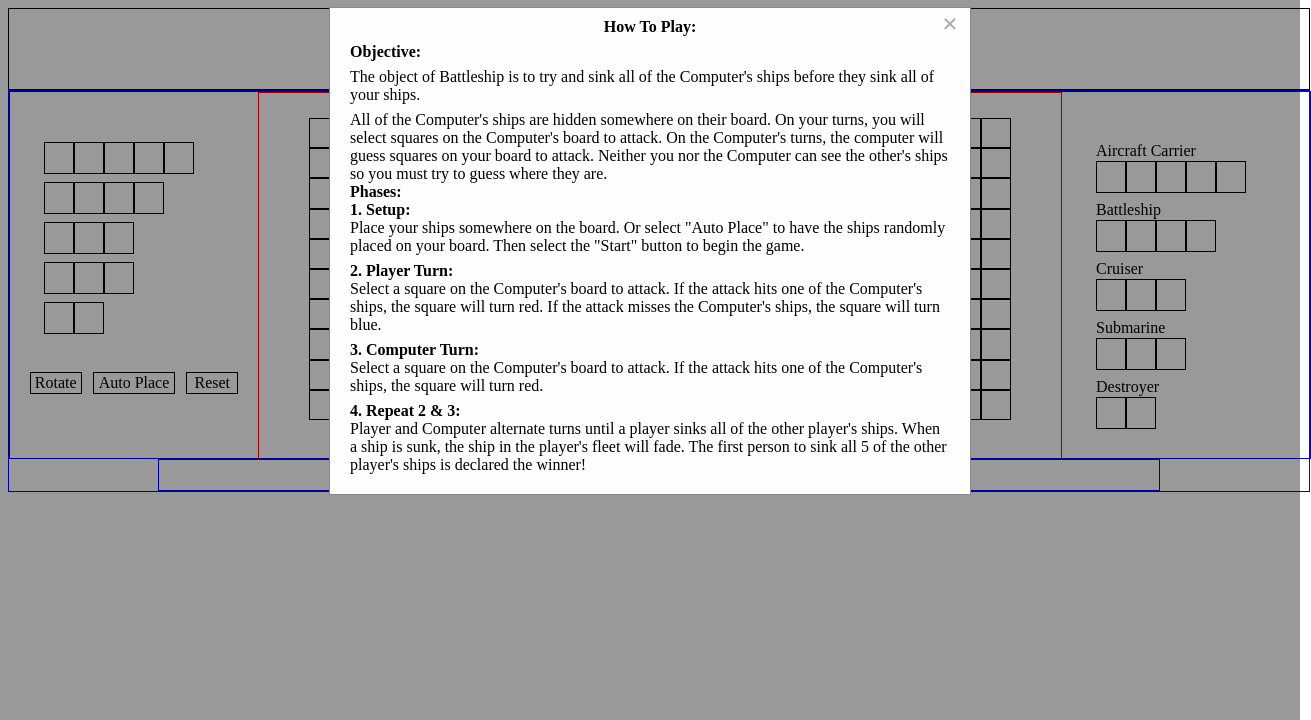
Repository: J-Haze/BattleshipApp
Page: /
An editor plug-in stored every save of this project. The page is shown before and after the next save, followed by the edit.
The browser window is 1280 px wide. The page is 1311 px wide, so the pictures cover 1311 px, including what lies to the right of the window. The pictures show the whole page.
The project was rebuilt for these pictures with package versions that can differ from the ones it lists, and the page was loaded fresh each time. Also part of the build but not shown: src/index.css, src/Components/ModalEnd.js.

Above is the page before, as saved 2020-09-26 17:48:58.

### src/App.js
import React from "react";
import "./App.css";
import Game from "./Components/Game";
import Header from "./Components/Header"
// import { ProgressPlugin } from "webpack";

//test

function App() {
  return (
    <div className="App">
      <Header />
      <Game />
    </div>
  );
}

export default App;

### src/App.css
/* test */
:root{
    --black: #1B262C;
}


header {
    border: 1px solid black;

    display: flex;
    flex-direction: column;
    justify-content: center;
    align-items: center;
    margin-left: auto;
    margin-right: auto;
    width: 1300px;
    height: 80px;

}

/* div {
    border: 1px solid black;
} */

#how-to:hover{
    cursor: pointer;
}

#game{
    width: 1300px;
    height: 400px;
    display: flex;
    flex-direction: column;
    border: 1px solid blue;
    margin-left: auto;
    margin-right: auto;
}

.column{
    width: 400px;
    height: 100%;
    border: 1px solid red;
}

.board{
    height: 300px;
    width: 300px;
    margin-left: auto;
    margin-right: auto;
    margin-top: 25px;

    display: grid;
    grid-template-columns: repeat(1, 1fr);
    grid-template-rows: repeat(10, 1fr);
    gap: 2px;
}

.row{
    display: flex;
    /* height: 30px; */
    height: 1fr;
    width: 1fr;
}

.square{
    /* height: 100%;
    width: 10%; */
    display: flex;
    height: 100%;
    width: 10%;
    border: 1px solid black;
}

.ship{
    background-color:gray;
    height: 100%;
    width: 100%;
}

.hit{
    background-color:red;
    height: 100%;
    width: 100%;
}

.miss{
    background-color:lightblue;
    height: 100%;
    width: 100%;
}

.sunk{
    background-color:black;
    height: 100%;
    width: 100%;
}

.empty{
    /* background-color: yellow; */
    height: 100%;
    width: 100%;
}

.clickable:hover{
    background-color: rgb(205, 205, 205);
    cursor: pointer;
}

#top-row{
    display: flex;
    width: 1300px;
    height: 400px;
    border: 1px solid blue;
    margin-left: auto;
    margin-right: auto;
}

#bottom-row{
    display: flex;
    width: 1000px;
    height: 30px;
    border: 1px solid blue;
    margin-left: auto;
    margin-right: auto;
}

#start-button{
    margin-left: auto;
    margin-right: auto;
}

.fleet-square{
    width: 30px;
    height: 30px;
    border: 1px solid black;
}

.ship-text{
    margin-left: 20px;
    margin-right: auto;
    margin-bottom: 1px;
    /* border: 1px solid black; */
}

.fleet-horizontal{
    height: 220px;
    width: 220px;
    margin-top: 50px;
    margin-left: auto;
    margin-right: auto;
}

.ship-harbor-horizontal{
    display: flex;
    height: 30px;
    margin-bottom: 10px;
    margin-left: 20px;
    border: none;
}

.carrier-horizontal{
    width: 150px;
}

.battleship-horizontal{
    width: 120px;
}

.cruiser-horizontal{
    width: 90px;
}

.submarine-horizontal{
    width: 90px;
}

.destroyer-horizontal{
    width: 60px;
}

.fleet-vertical{
    display: flex;
    height: 220px;
    width: 220px;
    margin-top: 50px;
    margin-left: auto;
    margin-right: auto;
}

.ship-harbor-vertical{
    display: flex;
    flex-direction: column;
    width: 30px;
    margin-left: 10px;
    margin-top: 50px;
    border: none;
}

.carrier-vertical{
    height: 150px;
}

.battleship-vertical{
    height: 120px;
}

.cruiser-vertical{
    height: 90px;
}

.submarine-vertical{
    height: 90px;
}

.destroyer-vertical{
    height: 60px;
}

.toggle{
    background-color: gray;
}

.boat-placed{
    background-color: black;
    width: 30px;
    height: 30px;
    border: 1px solid black;
}

#setup{
    margin-left: auto;
    margin-right: auto;
}

#setup-buttons{
    display: flex;
    margin-top: 10px;
}

.btn{
    height: 20px;
    display: flex;
    justify-content: center;
    align-items: center;
    margin-left: auto;
    margin-right: auto;
    border: 1px solid black;
}

.btn:hover{
    cursor: pointer;
}

#rotate{
    width: 50px;
}

#auto-place{
    width: 80px;
}

#reset{
    width: 50px;
}

#start-button{
    border: 1px solid black;
    display: flex;
    justify-content: center;
    align-items: center;
    width: 50px;
    height: 30px;
}

#start-button:hover{
    cursor: pointer;
}

#newGame{
    border: 1px solid black;
    display: flex;
    justify-content: center;
    align-items: center;
    margin-left: auto;
    margin-right: auto;
    width: 80px;
    height: 30px;
}

#newGame:hover{
    cursor: pointer;
}


/* End of Game Modal */

.modal{
    display: block;
    position: fixed;
    z-index: 1;
    left: 0;
    top: 0;
    width: 100vw;
    min-width: 1300px;
    height: 100vh;
    /* overflow: auto; */
    background-color: rgb(0,0,0);
    background-color: rgba(0,0,0,0.4);
  }

  .modal-content{
    display: flex;
    flex-direction: column;
    background-color: #fefefe;
    margin-left: auto;
    margin-right: auto;
    margin-top: 1vh;
    padding: 20px;
    padding-top: 0px;
    border: 1px solid #888;
    width: 600px;
    justify-content: center;
    align-items: center;
  }

  .close{
    color: #aaa;
    float: right;
    margin-left: 100%;
    font-size: 28px;
    height: 10px;
    font-weight: bold;
    /* border: 1px solid black; */
  }

  .close:hover, .close:focus {
    color: black;
    text-decoration: none;
    cursor: pointer;
  }

  .message{
      font-size: 3em;
      /* border: 1px solid black; */
      margin-bottom: 5px;
  }

.image{
    width: 500px;
    margin-left: auto;
    margin-right: auto;
    margin-bottom: 20px;
}

.space{
    margin-top: 7px;
}

### src/Components/Header.js
import React, { useState, useEffect } from "react"
import ModalHowTo from "./ModalHowTo.js"
// import shipFactory from "../factories/ship"
// import gameboardFactory from "../factories/gameboard"
// import player from "../factories/player"


function Header() {
    const [howToOpen, setHowToOpen] = useState(true);


    function howTo() {
        setHowToOpen(true)
    }

    function hideHowTo() {
        setHowToOpen(false)
    }

    function hideModal() {
        setHowToOpen(false)
    }

    return (
        <header>
            <div>BattleShip</div>
            <div> Image of battleship </div>
            <div id="how-to" onClick={() => howTo()}> How To Play
                 hideHowTo={hideHowTo}
            </div>
            {howToOpen && <ModalHowTo
                hideModal={hideModal}
            />}
        </header>
    )
}


export default Header;

### src/factories/ship.js

const shipFactory = (shipLength) => {
    const shipNames = {
        1: 'Submarine',
        2: 'Destroyer',
        3: 'Cruiser',
        4: 'Battleship',
        5: 'Carrier',
    };

    const name = shipNames[shipLength];

    if (shipLength == 1) {
        shipLength = 3;
    }


    let ship = [];
    for (let i = 0; i < shipLength; i++) {
        ship.push([false, i, name])
    }

    let hit = (hitLocation) => {
        ship[hitLocation] = [true, hitLocation, name];
        console.log("Hit!", ship)
        console.log(`You've hit my ${name}`)
        // console.log("hits length", hit.length)
        // console.log("ship.length", ship.length)
        return ship
    }

    let isSunk = () => {
        let sunkStatus = false
        ship[0][0] == true ? sunkStatus = true : sunkStatus = false
        for (let square in ship) {
            // console.log("ship:", ship)
            // console.log(ship[square])
            sunkStatus = (ship[square][0] && sunkStatus)
        }
        // let sunkStatus = ship[0].every(Boolean);
        return sunkStatus
    }

    return {
        //id,
        name,
        shipLength,
        ship,
        hit,
        isSunk
    }
}

// const destroyer = shipFactory(2)
// const cruiser = shipFactory(3)
// const battleship = shipFactory(4)
// const carrier = shipFactory(5)

export default shipFactory;

//export default {shipFactory, destroyer, cruiser, battleship, carrier}

//Comment out with not testing
// module.exports = shipFactory;

### src/factories/player.js
// import shipFactory from "./ship"
import gameboardFactory from "./gameboard"

const player = (playerName) => {
    // const submarine = shipFactory(1)
    // const destroyer = shipFactory(2)
    // const cruiser = shipFactory(3)
    // const battleship = shipFactory(4)
    // const carrier = shipFactory(5)
    const getBoard = gameboardFactory();
    const gameboard = getBoard;
    let attackCoord = 100;
    let index = 100;

    const squaresToGuess = [];

    for (let i = 0; i <= 99; i++) {
        squaresToGuess.push(i);
    }
    // console.log(squaresToGuess)

    //Randomly sends an attack
    const sendAttack = (coord) => {
        // if (playerName == "Computer") {
        // }
        // console.log("yes", playerName)
        if (playerName == "Player") {
            attackCoord = coord;
            index = squaresToGuess.indexOf(attackCoord);
            squaresToGuess.splice(index, 1);
        } else {
            // console.log("s2g", squaresToGuess.length - 1)
            attackCoord = Math.floor(Math.random() * (squaresToGuess.length - 1));
            index = squaresToGuess.indexOf(attackCoord);
            squaresToGuess.splice(index, 1);
            // console.log("index:", index)
        }

        // console.log({ attackCoord })
        // console.log("squares to guess:", squaresToGuess)
        return attackCoord
    }



    //send attack will take coordinates and "send an attack" to the OPPOSING board
    //Need to make sure it has an array of 0-99 and takes away the guessed numbers from that array.
    //random between 0 and array.length

    return {
        gameboard,
        squaresToGuess,
        sendAttack
    }
}








export default player;

### src/Components/Board.js
import React, { useState, useEffect } from "react"
// import shipFactory from "../factories/ship"
// import gameboardFactory from "../factories/gameboard"
// import player from "../factories/player"
// import Square from "./Square.js"
import Row from "./Row.js"
// import Player from "./Player.js"

function Board(props) {
    let { id, board, phase, boardID, handlePlaceShip, update } = props;

    const [rowState, setRows] = useState([]);

    // let rows = [];


    useEffect(() => {
        let rows = [];
        for (let i = 0; i < board.length; i += 10) {
            rows.push(board.slice(i, i + 10));
        }
        setRows(rows);
    }, [update]
    );



    return (
        <div id={id} className="board">
            {/* {squareItems} */}
            {rowState.map((row, i) => {
                return (
                    <Row
                        key={i}
                        roww={i}
                        rowObj={row}
                        phase={phase}
                        boardID={boardID}
                        handlePlaceShip={handlePlaceShip}
                    // position={[i, j]}
                    // position={square}
                    // key={square.}
                    // key={book.title}
                    // book={book}
                    // handleDelete={handleDelete}
                    // toggleRead={toggleRead}
                    // toggleReading={toggleReading}
                    // toggleNotRead={toggleNotRead}
                    />
                );
            })
            }
        </div>
    )
}

export default Board;

### src/Components/Row.js
import React, { useState, useEffect } from "react"
// import shipFactory from "../factories/ship"
// import gameboardFactory from "../factories/gameboard"
// import player from "../factories/player"
import Square from "./Square"

function Row(props) {
    let { roww, rowObj, handleClick, phase, boardID, handlePlaceShip, update } = props;


    useEffect(() => {
        rowObj = rowObj;
    },
        [update]
    );

    return (
        <div className="row">
            {rowObj.map((square, j) => {
                return (
                    <Square
                        key={j}
                        row={roww}
                        col={j}
                        squareObj={square}
                        handleClick={handleClick}
                        phase={phase}
                        boardID={boardID}
                        handlePlaceShip={handlePlaceShip}
                    />
                );
            })
            }
        </div>
    )
};
export default Row;

### src/Components/Fleet.js
import React, { useState, useEffect } from "react"

function Fleet(props) {

    let sunkCarrier = "";
    let sunkBattleship = "";
    let sunkCruiser = "";
    let sunkSubmarine = "";
    let sunkDestroyer = "";

    if (props.boatsSunk.includes("Carrier")) {
        sunkCarrier = "sunk";
    } else {
        sunkCarrier = "";
    };

    if (props.boatsSunk.includes("Battleship")) {
        sunkBattleship = "sunk";
    } else {
        sunkBattleship = "";
    };

    if (props.boatsSunk.includes("Cruiser")) {
        sunkCruiser = "sunk";
    } else {
        sunkCruiser = "";
    };

    if (props.boatsSunk.includes("Submarine")) {
        sunkSubmarine = "sunk";
    } else {
        sunkSubmarine = "";
    };

    if (props.boatsSunk.includes("Destroyer")) {
        sunkDestroyer = "sunk";
    } else {
        sunkDestroyer = "";
    };

    return (
        <div id={props.id} className="fleet-horizontal" >
            <div className="ship-text">Aircraft Carrier</div>
            <div className={`carrier-horizontal ship-harbor-horizontal ${sunkCarrier}`} >
                <div className="fleet-square"></div>
                <div className="fleet-square"></div>
                <div className="fleet-square"></div>
                <div className="fleet-square"></div>
                <div className="fleet-square"></div>
            </div>
            <div className="ship-text"> Battleship </div>
            <div className={`battleship-horizontal ship-harbor-horizontal ${sunkBattleship}`} >
                <div className="fleet-square"></div>
                <div className="fleet-square"></div>
                <div className="fleet-square"></div>
                <div className="fleet-square"></div>
            </div>
            <div className="ship-text">Cruiser</div>
            <div className={`cruiser-horizontal ship-harbor-horizontal ${sunkCruiser}`} >
                <div className="fleet-square"></div>
                <div className="fleet-square"></div>
                <div className="fleet-square"></div>
            </div>
            <div className="ship-text">Submarine</div>
            <div className={`submarine-horizontal ship-harbor-horizontal ${sunkSubmarine}`} >
                <div className="fleet-square"></div>
                <div className="fleet-square"></div>
                <div className="fleet-square"></div>
            </div>
            <div className="ship-text">Destroyer</div>
            <div className={`destroyer-horizontal ship-harbor-horizontal ${sunkDestroyer}`} >
                <div className="fleet-square"></div>
                <div className="fleet-square"></div>
            </div>
        </div >
    )


};

export default Fleet;

### src/Components/ModalHowTo.js
import React, { useState, useEffect } from "react";
import winningImage from "../assets/winning-image.png"
import losingImage from "../assets/losing-image.png"

function ModalEnd(props) {


    return (
        <div className="modal" onClick={() => { props.hideHowTo() }}>
            <div id="howToModal" className="modal-content" onClick={(event) => {event.stopPropagation();}}>
                <span className="close" onClick={() => { props.hideHowTo() }}>&times;</span>
                <div className="howToTop"> <strong>How To Play:</strong></div>
                <div className="howToBottom space">
                    <div> <strong>Objective:</strong></div>
                    <div className="space indent">The object of Battleship is to try and sink all of the Computer's ships before they sink all of your ships.</div>
                    <div className="space indent">All of the Computer's ships are hidden somewhere on their board. On your turns, you will select squares on the Computer's board to attack. On the Computer's turns, the computer will guess squares on your board to attack. Neither you nor the Computer can see the other's ships so you must try to guess where they are.
                        </div>
                    <div className="phases"><strong>Phases:</strong></div>
                    <div className="indent">
                        <div className="setup-space indent"><strong>1. Setup:</strong></div>
                        <div className="indent">Place your ships somewhere on the board. Or select "Auto Place" to have the ships randomly placed on your board. Then select the "Start" button to begin the game.</div>
                    <div className="space indent"><strong>2. Player Turn:</strong></div>
                    <div className="indent">Select a square on the Computer's board to attack. If the attack hits one of the Computer's ships, the square will turn red. If the attack misses the Computer's ships, the square will turn blue.</div>
                    <div className="space indent"><strong>3. Computer Turn:</strong></div>
                        <div className="indent">Select a square on the Computer's board to attack. If the attack hits one of the Computer's ships, the square will turn red.</div>
                    <div className="space indent"><strong>4. Repeat 2 & 3: </strong></div>
                    <div className="indent">Player and Computer alternate turns until a player sinks all of the other player's ships. When a ship is sunk, the ship in the player's fleet will fade. The first person to sink all 5 of the other player's ships is declared the winner!</div>
                    </div>
                </div>
            </div>
        </div>
    )
}

export default ModalEnd;

### src/Components/Square.js
import React, { useState, useEffect } from "react"
// import shipFactory from "../factories/ship"
// import gameboardFactory from "../factories/gameboard"
// import player from "../factories/player"

function Square(props) {

    const id = (props.row * 10 + props.col)

    let attackClick = () => props.handleClick(id);
    let placementClick = () => props.handlePlaceShip(id);

    let placementMode = null;
    let playerAttack = null;

    if (props.phase == "setup") {
        placementMode = placementClick;
        playerAttack = null;
    } else if (props.phase == "playerTurn") {
        placementMode = null;
        playerAttack = attackClick;
    }

    let playerClickable = "";
    if (props.phase == "setup") {
        playerClickable = " clickable"
    } else {
        playerClickable = "";
    }

    let computerClickable = "";
    if (props.phase == "playerTurn") {
        computerClickable = "clickable"
    } else {
        computerClickable = "";
    }

    if (props.boardID == "player") {
        return (
            <div className="square">
                {(props.squareObj != null) ?
                    ((props.squareObj[0] == false) ?
                        (<div className="ship" key={id}></div>) :
                        (props.squareObj[0] == true) ?
                            (<div className="hit" key={id}>X</div>) :
                            (props.squareObj[0] == "sunk") ?
                                (<div className="sunk" key={id}>X</div>) :
                                (props.squareObj == "miss") ?
                                    (<div className="miss" key={id}>X</div>) :
                                    (<div>error</div>)) :
                    (<div className={`empty ${playerClickable}`} key={id} onClick={placementMode}></div>)
                }
            </div>
        )
    } else {
        return (
            <div className="square">
                {(props.squareObj != null) ?
                    ((props.squareObj[0] == false) ?
                        (<div className="ship" key={id} onClick={playerAttack}></div>) :
                        (props.squareObj[0] == true) ?
                            (<div className="hit" key={id}>X</div>) :
                            (props.squareObj[0] == "sunk") ?
                                (<div className="sunk" key={id}>X</div>) :
                                (props.squareObj == "miss") ?
                                    (<div className="miss" key={id}>X</div>) :
                                    (<div>error</div>)) :
                    (<div className={`empty ${computerClickable}`} key={id} onClick={playerAttack}></div>)
                }
            </div>
        )
    }


}

export default Square;

Loaded but not shown: public/index.html (common file); src/index.js (common file); src/serviceWorker.js (common file); src/Components/Game.js (297 lines, source omitted); src/factories/gameboard.js (224 lines, source omitted); src/Components/PlayerFleet.js (161 lines, source omitted)

After the next save:
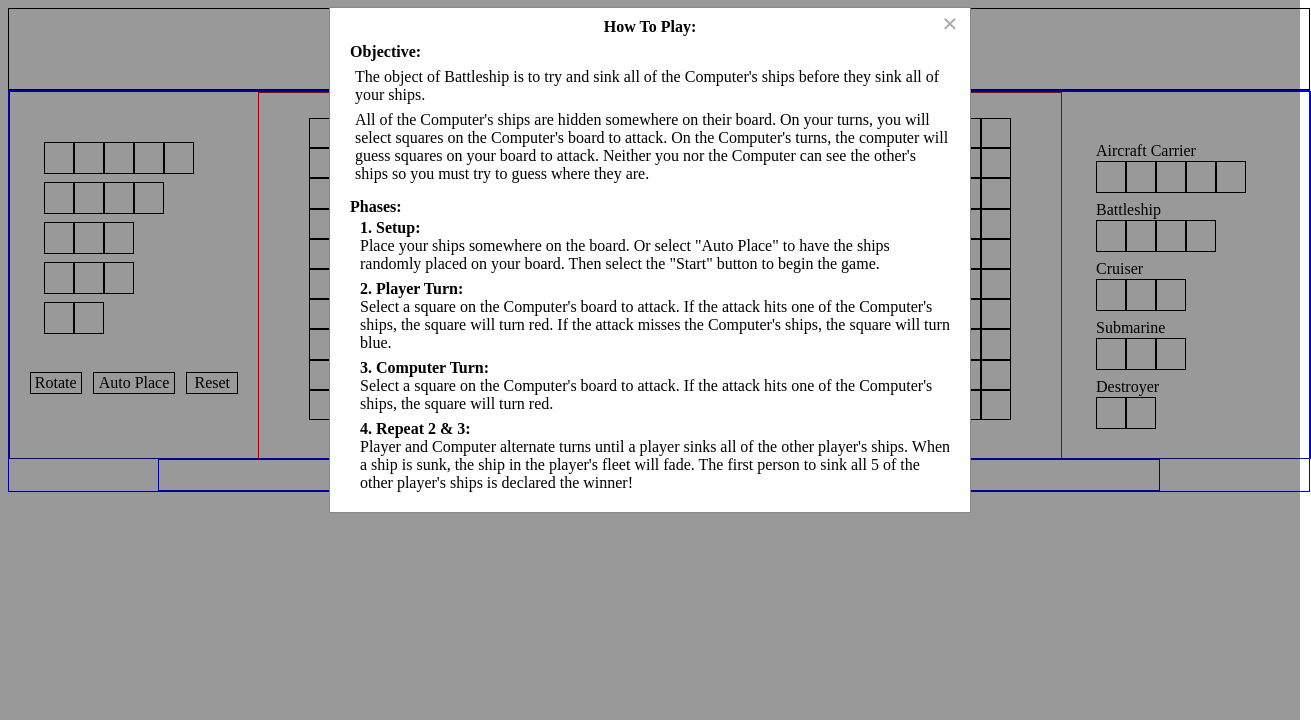
Saved 7 s later.
--- a/src/App.css
+++ b/src/App.css
@@ -355,3 +355,15 @@ header {
 .space{
     margin-top: 7px;
 }
+
+.phases{
+    margin-top: 15px;
+}
+
+.setup-space{
+    margin-top: 3px;
+}
+
+.indent{
+    margin-left: 5px;
+}
